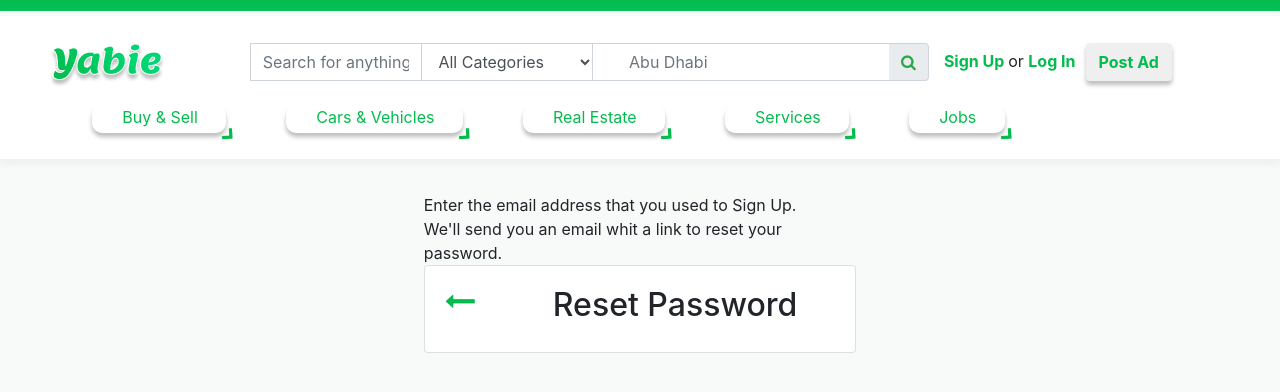
Repository: muazzamkha95/yabie
Page: forgot-password.html
An editor plug-in stored every save of this project. The page is shown before and after a run of saves, followed by the edit.
The browser window is 1280 px wide. The pictures show the whole page.

Above is the page before, as saved 2020-07-09 15:58:29.
Console error: TypeError: Cannot read properties of undefined (reading 'fn')

After the next 2 saves:
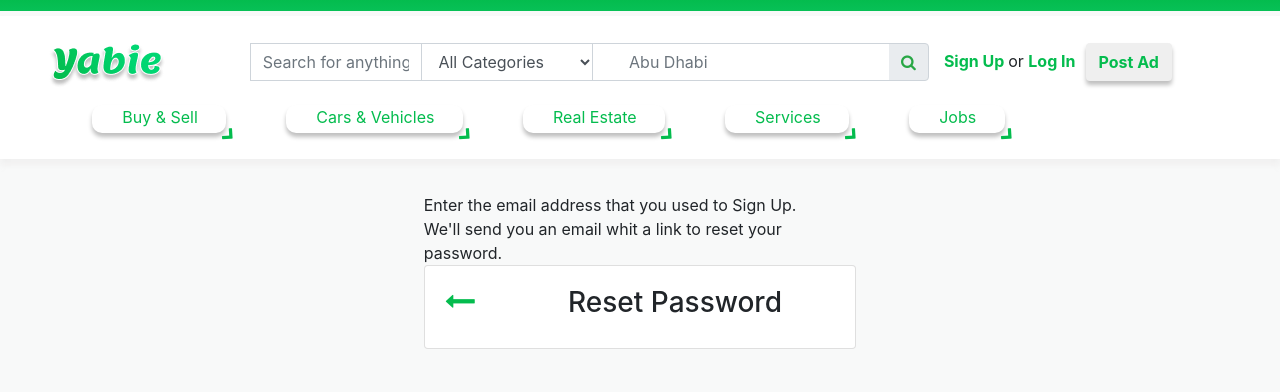
The 2 saves are shown as one change because they came seconds apart.
The last was saved 20 s later.
--- a/forgot-password.html
+++ b/forgot-password.html
@@ -71,7 +71,7 @@
                                     <i class="fa fa-long-arrow-left back-arr"></i>
                                 </div>
                                 <div class="col-md-10 text-center">
-                                    <h2>Reset Password</h2>
+                                    <h3>Reset Password</h3>
                                 </div>
                             </div>
                         </div>
